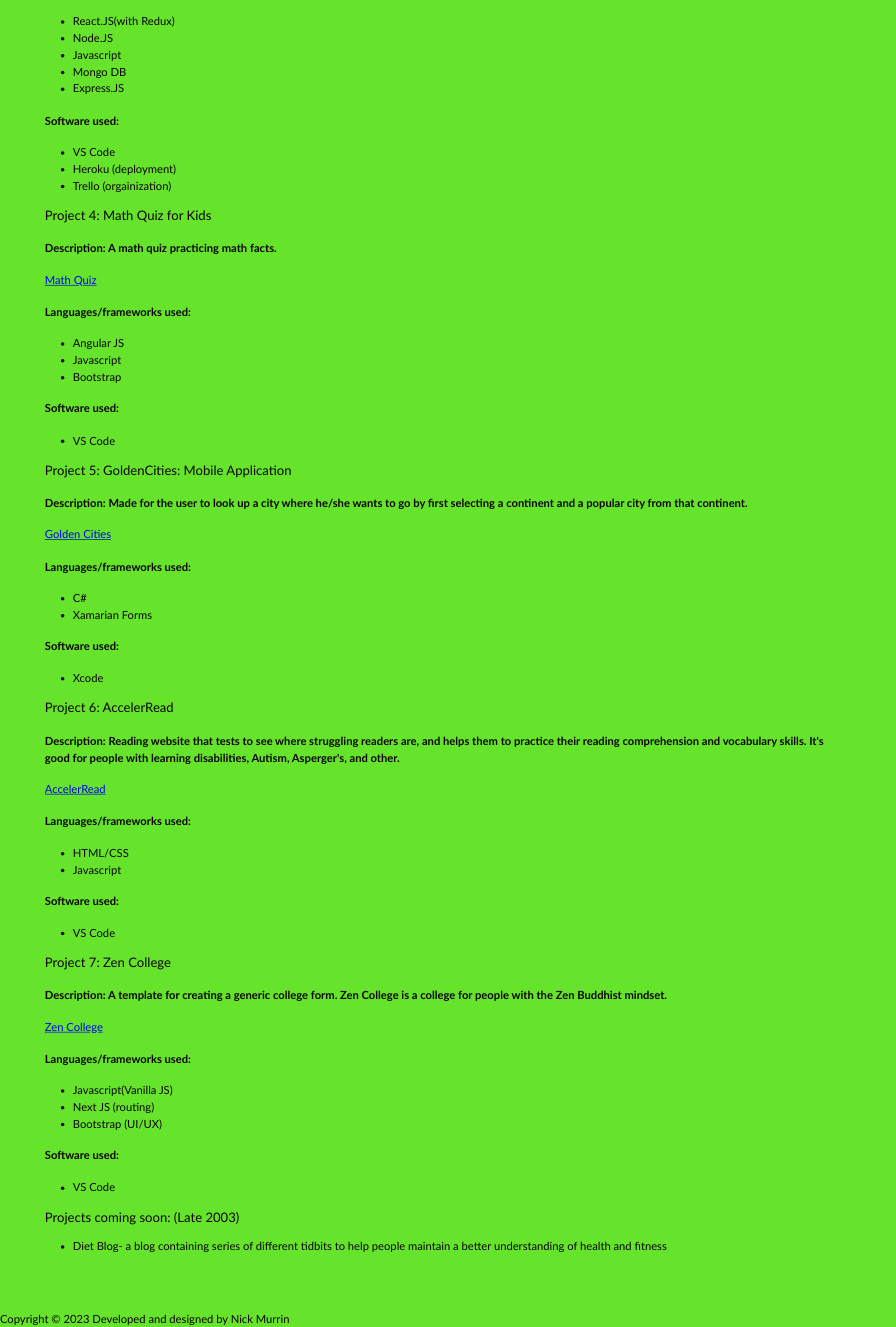
Repository: collegedude9300/modernport
Page: about.html
An editor plug-in stored every save of this project. The page is shown before and after the next save, followed by the edit.
The browser window is 1280 px wide. The pictures show the part of the page from y = 1350 to 3270 px (the page is 3246 px tall before and 3270 px after), at 70% of full size.

Above is the page before, as saved 2023-05-08 14:57:54.

### about.html
<!DOCTYPE html>
<html lang="en">
<head>
  <meta charset="UTF-8">
  <meta name="viewport" content="width=device-width, initial-scale=1.0">
  <meta http-equiv="X-UA-Compatible" content="ie=edge">
  <link rel="stylesheet" href="css/main.css">
  <title>Portfolio</title>
</head>
<body>
<header>
<div class="menu-btn">
<div class="btn-line"></div>
<div class="btn-line"></div>
<div class="btn-line"></div>
</div>

<nav class="menu">
<div class="menu-branding">
<div class="portrait"></div>
</div>

<ul class="menu-nav">
<li class="nav-item">
<a href="index.html" class="nav-link">
Home
</a>
</li>

<li class="nav-item current">
<a href="about.html" class="nav-link">
About Me
</a>
</li>



<li class="nav-item">
<a href="contact.html" class="nav-link">
Contact Me
</a>
</li>
</ul>
</nav>
</header>
<main id="home">

<h1 class="lg-heading">
About Me:
</h1>
    <div class="about-info">
      <div class="bio">
        <p>My name is Nick Murrin and I am a Computer Science graduate of California State University San Marcos.
        I also have a certification in web development, specifically in Full Stack Web Developement.
        My  current expertise is in Front End Web Development.
        I take pride in my  work, and I am always available to help people with their websites.
        </p>
      </div>
      <div class="project1">
        <h3>Project 1: Education Station </h3>
        <h4>Description: An educational website that reinforces early education for younger kids.</h4>
        <a href="https://educationstation.vercel.app/ "/>Education Station </a>
<h4> Languages/frameworks used: </h4>
<ul>
  <li>Javascript (Vanilla JS)</li>
  <li>Bootstrap</li>
</ul>
<h4> Software used: </h4>
<ul>
<li> Notepad ++  </li>
</ul>
      </div>
      <div class="project2">
        <h3>Project 2: Zen Station</h3>
        <h4>Description: A relaxing website that allows users to settle down by living in the moment through various forms of enlightenment.
          (formally known as Zen Center, but now remastered)</h4>
        <a href="https://zenstationnext.vercel.app/"/> Zen Station </a>
<h4> Languages/frameworks used: </h4>
<ul>
  <li>Javascript(Vanilla JS)</li>
  <li>Next JS (routing)</li>
  <li>Bootstrap (UI/UX)</li>
</ul>
<h4> Software used: </h4>
<ul>
<li> VS Code  </li>
</ul>
      </div>
      <div class="project3">
        <h3>Project 3: NaviSmart Group App</h3>
        <h4>Description: A web-based application for college aged people who wishes to boost their productivity in the morning.
        </h4>
        <a href="https://github.com/Willhanau/FigNeutrons">Team Project on NaviSmart</a>
 <h4> Languages/frameworks used: </h4>
<ul>
  <li>React.JS(with Redux)</li>
  <li>Node.JS</li>
  <li>Javascript</li>
  <li> Mongo DB  </li>
  <li>Express.JS</li>
</ul>
<h4> Software used: </h4>
<ul>
<li> VS Code  </li>
<li> Heroku (deployment)  </li>
<li> Trello (orgainization)  </li>
</ul>
</div>

<div class="project4">
        <h3>Project 4: Math Quiz for Kids</h3>
        <h4>Description: A math quiz practicing math facts.</h4>
        <a href="https://mathquiz-sigma.vercel.app/"/> Math Quiz </a>
<h4> Languages/frameworks used: </h4>
<ul>
  <li>Angular JS</li>
  <li>Javascript</li>
  <li>Bootstrap</li>
</ul>
<h4> Software used: </h4>
<ul>
<li> VS Code  </li>
</ul>
      </div>
</div>
<div class="project5">
        <h3>Project 5: GoldenCities: Mobile Application</h3>
        <h4>Description: Made for the user to look up a city where he/she wants to go by first selecting a continent and a popular city from that continent.</h4>
        <a href="https://github.com/collegedude9300/goldencity"/> Golden Cities </a>
<h4> Languages/frameworks used: </h4>
<ul>
  <li>C#</li>
  <li>Xamarian Forms</li>
</ul>
<h4> Software used: </h4>
<ul>
<li> Xcode  </li>
</ul>
      </div>
</div>
<div class="project6">
  <h3>Project 6: AccelerRead</h3>
  <h4>Description: Reading website that tests to see where struggling readers are,
and helps them to practice their reading comprehension and vocabulary skills.
 It's good for people with learning disabilities, Autism, Asperger's, and other.</h4>
  <a href="https://accelerread.vercel.app/"/> AccelerRead </a>
<h4> Languages/frameworks used: </h4>
<ul>
<li>HTML/CSS</li>
<li>Javascript</li>
</ul>
<h4> Software used: </h4>
<ul>
<li> VS Code  </li>
</ul>
</div>
</div>
<div class="project7">
  <h3>Project 7: Zen College</h3>
  <h4>Description: A template for creating a generic college form. Zen College is a college for people with the Zen Buddhist mindset.</h4>
  <a href="https://zenschool.vercel.app/"/> Zen College </a>
<h4> Languages/frameworks used: </h4>
<ul>
  <li>Javascript(Vanilla JS)</li>
  <li>Next JS (routing)</li>
  <li>Bootstrap (UI/UX)</li>
</ul>
<h4> Software used: </h4>
<ul>
<li> VS Code  </li>
</ul>
</div>
</div>
<h3> Projects coming soon: (Late 2003)      </h3>
<ul>
  <li> Diet Blog- a blog containing series of different tidbits to help people maintain a better understanding of health and fitness</li>
</ul>
</main>
  <footer id="main-footer">
  Copyright &copy; 2023
  Developed and designed by Nick Murrin
  </footer>
<script src="js/main.js"> </script>
</body>
</html>

### css/main.css
.menu-btn {
  position: absolute;
  z-index: 3;
  right: 35px;
  top: 35px;
  cursor: pointer;
  transition: all 0.5s ease-out; }
  .menu-btn .btn-line {
    width: 28px;
    height: 3px;
    margin: 0 0 5px 0;
    background: #000;
    transition: all 0.5s ease-out; }
  .menu-btn.close {
    transform: rotate(180deg); }
    .menu-btn.close .btn-line:nth-child(1) {
      transform: rotate(45deg) translate(5px, 5px); }
    .menu-btn.close .btn-line:nth-child(2) {
      opacity: 0; }
    .menu-btn.close .btn-line:nth-child(3) {
      transform: rotate(-45deg) translate(7px, -6px); }

.menu {
  position: fixed;
  top: 0;
  width: 100%;
  opacity: 0.9;
  visibility: hidden; }
  .menu.show {
    visibility: visible; }
  .menu-branding, .menu-nav {
    display: flex;
    flex-flow: column wrap;
    align-items: center;
    justify-content: center;
    float: left;
    width: 50%;
    height: 100vh;
    overflow: hidden; }
  .menu-nav {
    margin: 0;
    padding: 0;
    background: #f6a205;
    list-style: none;
    transform: translate3d(0, -100%, 0);
    transition: all 0.5s ease-out; }
    .menu-nav.show {
      transform: translate3d(0, 0, 0); }
  .menu-branding {
    background: #faac1b;
    transform: translate3d(0, 100%, 0);
    transition: all 0.5s ease-out; }
    .menu-branding.show {
      transform: translate3d(0, 0, 0); }
    .menu-branding .portrait {
      width: 250px;
      height: 250px; }
  .menu .nav-item {
    transform: translate3d(600px, 0, 0);
    transition: all 0.5s ease-out; }
    .menu .nav-item.show {
      transform: translate3d(0, 0, 0); }
  .menu .nav-link {
    display: inline-block;
    position: relative;
    font-size: 30px;
    text-transform: uppercase;
    padding: 1rem 0;
    font-weight: 300;
    color: #000;
    text-decoration: none;
    transition: all 0.5s ease-out; }

.nav-item:nth-child(1) {
  transition-delay: 0.1s; }

.nav-item:nth-child(2) {
  transition-delay: 0.2s; }

.nav-item:nth-child(3) {
  transition-delay: 0.3s; }

.nav-item:nth-child(4) {
  transition-delay: 0.4s; }

@media screen and (min-width: 1171px) {
  .projects {
    grid-template-columns: repeat(4, 1fr); } }

@media screen and (min-width: 769px) and (max-width: 1170px) {
  .projects {
    grid-template-columns: repeat(3, 1fr); } }

@media screen and (max-width: 768px) {
  main {
    align-items: center;
    text-align: center; }
    main .lg-heading {
      line-height: 1;
      margin-bottom: 1rem; }
  ul.menu-nav,
  div.menu-branding {
    float: none;
    width: 100%;
    min-height: 0; }
    ul.menu-nav.show,
    div.menu-branding.show {
      transform: translate3d(0, 0, 0); }
  .menu-nav {
    height: 75vh;
    transform: translate3d(-100%, 0, 0);
    font-size: 24px; }
  .menu-branding {
    height: 25vh;
    transform: translate3d(100%, 0, 0); }
    .menu-branding .portrait {
      width: 150px;
      height: 150px; }
  .about-info {
    grid-template-areas: 'bioimage'
 'bio'
 'job1'
 'job2'
 'job3';
    grid-template-columns: 1fr; }
  .projects {
    grid-template-columns: repeat(2, 1fr); } }

@media screen and (max-width: 500px) {
  main {
    padding: 2rem; }
    main #home h1 {
      margin-top: 10vh; }
    main .lg-heading {
      margin-top: 1rem;
      font-size: 5rem; }
  .projects {
    grid-template-columns: 1fr; } }

* {
  box-sizing: border-box; }

body {
  background: #66e42c;
  color: #0a0303;
  height: 100%;
  margin: 0;
  font-family: 'Trebuchet MS', 'Lucida Sans Unicode', 'Lucida Grande', 'Lucida Sans', Arial, sans-serif;
  line-height: 1.5; }

.transition1 {
  width: 150px;
  height: 150px;
  background: red;
  transition: width 3s; }

.transition2 {
  width: 150px;
  height: 150px;
  background: #12e7ee;
  transition: width 3s; }

.transition3 {
  width: 150px;
  height: 150px;
  background: #e7d918;
  transition: width 3s; }

.transition4 {
  width: 150px;
  height: 150px;
  background: rgba(238, 150, 18, 0.753);
  transition: width 3s; }

.myTitle {
  padding: 50px;
  margin: 20px;
  font-size: 30px;
  font-family: Cambria, Cochin, Georgia, Times, 'Times New Roman', serif;
  color: #1133ca; }

h1, h2, h3 {
  margin: 0;
  font-weight: 400; }

.lg-heading {
  font-size: 6rem; }

header {
  position: relative;
  z-index: 2; }

main {
  padding: 4rem;
  height: 100%; }
  main#home {
    overflow: hidden; }
  main h1 {
    margin-top: 20vh; }

### js/main.js
// Select DOM Items
const menuBtn = document.querySelector('.menu-btn');
const menu = document.querySelector('.menu');
const menuNav = document.querySelector('.menu-nav');
const menuBranding = document.querySelector('.menu-branding');
const navItems = document.querySelectorAll('.nav-item');

// Set Initial State Of Menu
let showMenu = false;

menuBtn.addEventListener('click', toggleMenu);

function toggleMenu() {
  if (!showMenu) {
    menuBtn.classList.add('close');
    menu.classList.add('show');
    menuNav.classList.add('show');
    menuBranding.classList.add('show');
    navItems.forEach(item => item.classList.add('show'));

    // Set Menu State
    showMenu = true;
  } else {
    menuBtn.classList.remove('close');
    menu.classList.remove('show');
    menuNav.classList.remove('show');
    menuBranding.classList.remove('show');
    navItems.forEach(item => item.classList.remove('show'));

    // Set Menu State
    showMenu = false;
  }
}

After the next save:
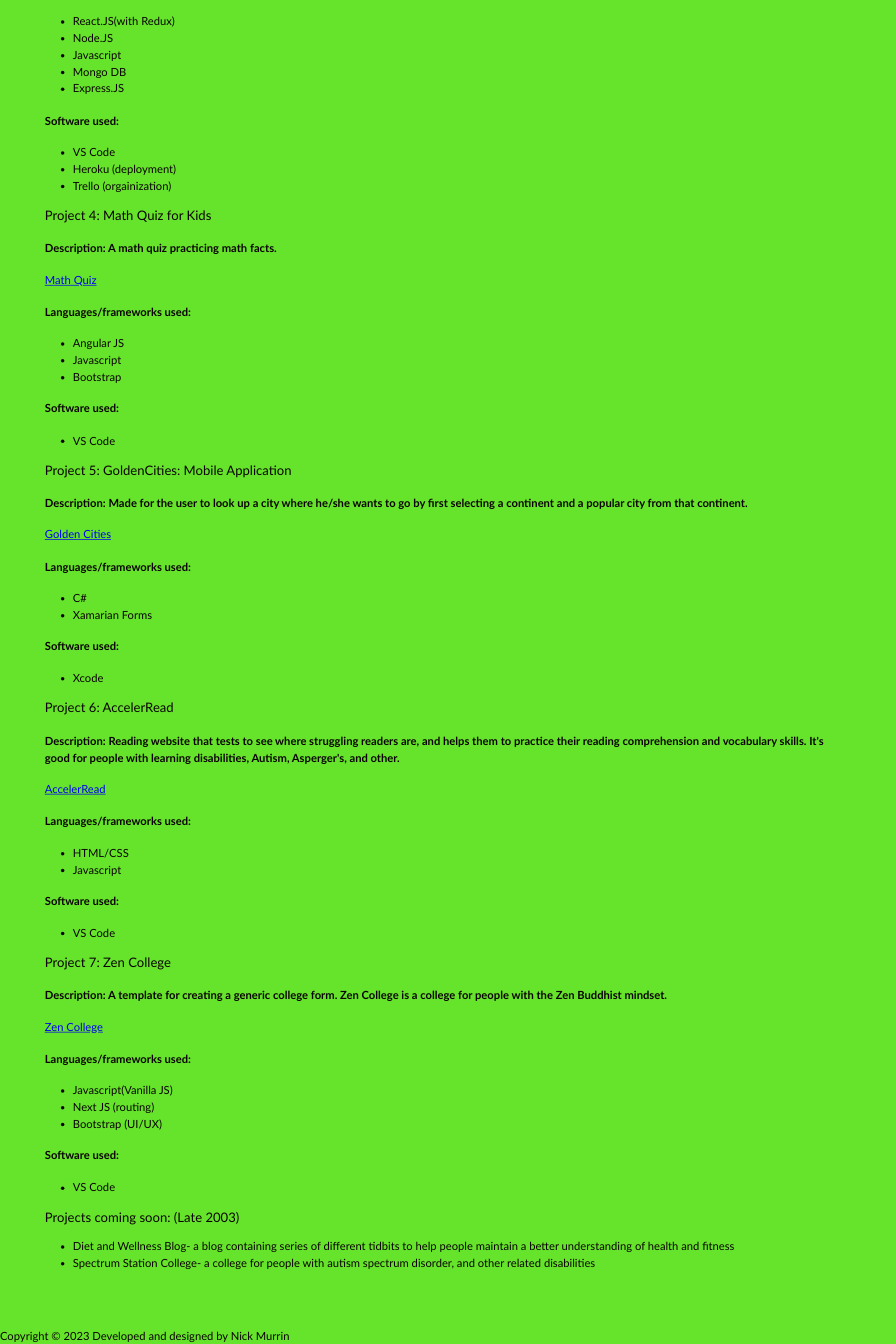
Saved 101 s later.
--- a/about.html
+++ b/about.html
@@ -173,7 +173,8 @@ and helps them to practice their reading comprehension and vocabulary skills.
 </div>
 <h3> Projects coming soon: (Late 2003)      </h3>
 <ul>
-  <li> Diet Blog- a blog containing series of different tidbits to help people maintain a better understanding of health and fitness</li>
+  <li> Diet and Wellness Blog- a blog containing series of different tidbits to help people maintain a better understanding of health and fitness</li>
+  <li> Spectrum Station College- a college for people with autism spectrum disorder, and other related disabilities</li>
 </ul>
 </main>
   <footer id="main-footer">
